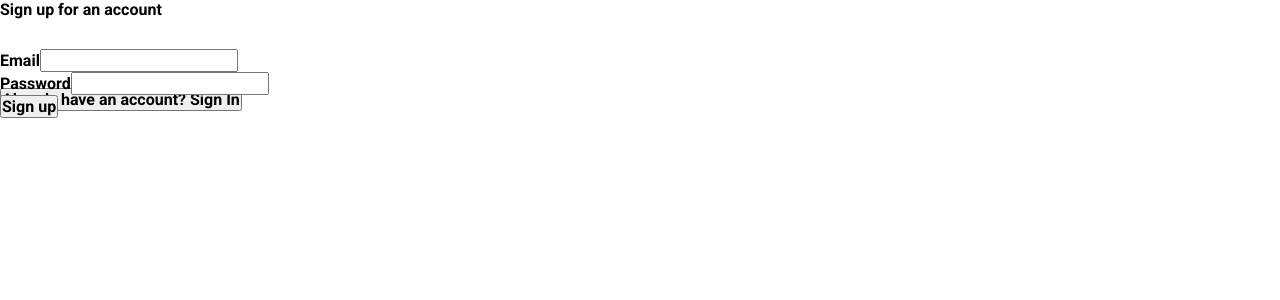
Repository: TimurZinatulin/Web_Shishki_1
Page: /register
These files come from the project's save history. The page is drawn as it stood at one moment and after the next save; the edit follows.
The browser window is 1280 px wide. The pictures show the whole page.
The project was rebuilt for these pictures with package versions that can differ from the ones it lists, and the page was loaded fresh each time. Also part of the build but not shown: vite.config.js, vue.config.js, src/views/MainView.vue, src/views/RegisterView.vue, src/views/HomeView.vue, src/views/EditView.vue, src/views/FavoriteView.vue, src/views/MyProjectsView.vue and 3 more.

Above is the page before, as saved 2023-06-10 17:34:52.
Console error: TypeError: Cannot read properties of null (reading 'user')

### src/main.js
import { createApp } from 'vue'
//import './style.css'
import App from './App.vue'
import router from './router'
import store from './store.js'

createApp(App).use(store).use(router).mount('#app')

### src/App.vue
<template>
  <!-- Проверка доступности пользователя в хранилище; при недоступности - показываем компонент авторизации-->
  <Auth v-if="!store.state.user" />
  <!-- Если пользователь доступен, показываем компонент Hello World -->
  <EmptyLayout v-else msg="Hello Vue 3 + Vite" />
</template>

<script>
import Auth from './components/Auth.vue';
import HelloWorld from './components/HelloWorld.vue';
import HeaderComp from './components/HeaderComp.vue';
import EmptyLayout from './layouts/EmptyLayout.vue';
import MainLayout from './layouts/MainLayout.vue';
import ExtraLayout from './layouts/ExtraLayout.vue';
import RegisterView from './views/RegisterView.vue';

import store from "./store.js";
import { supabase } from "./supabase";

export default {
  computed: {
    layout() {
      return this.$route.meta.layout + '-layout';
    }
  },
  components: {
    HelloWorld, Auth, HeaderComp, EmptyLayout, MainLayout, ExtraLayout, RegisterView
  },
  setup() {
    // сначала проверяем, вошел ли пользователь в систему с помощью Supabase
    store.state.user = supabase.auth.user;
    // затем настраиваем слушатель для обновления хранилища, если меняется пользователь - выходит из системы или входит
    supabase.auth.onAuthStateChange((event, session) => {
      if (event == "SIGNED_OUT") {
        store.state.user = null;
      } else {
        store.state.user = session.user;
      }
    });

    return {
      store,
    };
  },
};
</script>

<style>
@import '@/templates/main_page.css';
</style>

### src/router/index.js
import { createRouter, createWebHistory } from 'vue-router'
import HomeView from '../views/HomeView.vue'
import MainView from '../views/MainView.vue'
import EditView from '../views/EditView.vue'
import FavoriteView from '../views/FavoriteView.vue'
import MyProjectsView from '../views/MyProjectsView.vue'
import LoginView from '../views/LoginView.vue'
import RegisterView from '../views/RegisterView.vue'
import CreateProjectView from '../views/CreateProjectView.vue'
import ProjectView from '../views/ProjectView.vue'


const routes = [
  {
    path: '/',
    name: 'home',
    component: HomeView
  },
  {
    path: '/main',
    name: 'main',
    meta: {layout: 'main'},
    component: MainView
  },
  {
    path: '/edit',
    name: 'edit',
    meta: {layout: 'extra'},
    component: EditView
  },
  {
    path: '/favs',
    name: 'favs',
    meta: {layout: 'extra'},
    component: FavoriteView
  },
  {
    path: '/my_projects',
    name: 'my',
    meta: {layout: 'extra'},
    component: MyProjectsView
  },
  {
    path: '/login',
    name: 'login',
    meta: {layout: 'empty'},
    component: LoginView
  },
  {
    path: '/register',
    name: 'register',
    meta: {layout: 'empty'},
    component: RegisterView
  },
  {
    path: '/create_project',
    name: 'create_project',
    meta: {layout: 'extra'},
    component: CreateProjectView
  },
  {
    path: '/project',
    name: 'project',
    meta: {layout: 'extra'},
    component: ProjectView
  },
  {
    path: '/profile',
    name: 'profile',
    meta: {layout: 'extra'},
    component: () => import('../views/ProfileView.vue')
  }
]

const router = createRouter({
  history: createWebHistory(import.meta.env.BASE_URL),
  routes
})

export default router

### src/store.js
import { reactive } from "vue";

const store = {
    state: reactive({
        user: {},
    }),
};

export default store

### src/templates/main_page.css
* {
  margin: 0 auto;
  padding: 0;
  box-sizing: border-box;
  font-size: 16px;
  font-family: 'Roboto', sans-serif;
  user-select: none;
}

#head-cont{
  max-width: 900px;
  width: 100%;
}

#article{
  width: 1500px;
  position: relative;
}

#header{
  width: 100%;
  height: 80px;
  margin: 0 auto;
  background-color: rgba(151, 71, 255, 1);
  margin-bottom: 15px;
  overflow: hidden;
}

.input{
  width: 500px;
  height: 50px;
  padding: 6px 0 4px 10px;
  border: none;
  background: rgba(206, 168, 255, 1);
  bottom: 20px;
  left: -325px;
  position: relative;
  font-size: 25px;
  padding-left: 25px;
  outline: none;
}

.input::-webkit-input-placeholder {
  color: white;
}

.input::-moz-placeholder {
  color: white;
}

.input1{
  box-sizing: border-box;
  display: flex;
  flex-direction: row;
  align-items: center;
  padding: 11px 10px;
  gap: 10px;
  width: 330px;
  height: 40px;
  border: 2px solid #3D008C;
  flex: none;
  order: 1;
  align-self: stretch;
  flex-grow: 0;
  position: relative;
  top: -20px;
  margin-bottom: 20px;
  outline: none;
}

#logo{
  position: relative;
  top: 5px;
}

#logo2{
  position: relative;
  width: 800px;
  height: 670px;
  left: 385px;
  bottom: 340px;
}

ul {
  list-style: none;
  margin: 0;
  padding-left: 0;
  position: relative;
  left: 710px;
  top: -55px;
}

a {
  text-decoration: none;
  color: white;
}

.link1 {
  display: flex;
  flex-direction: row;
  justify-content: center;
  align-items: center;
  padding: 10px;
  background: #9747FF;
  flex: none;
  order: 0;
  flex-grow: 0;
  left: -275px;
  top: 220px;
  font-family: 'Roboto';
  font-style: normal;
  font-weight: 400;
  font-size: 16px;
}

.link1:hover{
  animation: ch-color-2 0.5s forwards;
}

.link {
  background: none;
  border: 2px solid white;
  color: white;
  padding: 15px 25px;
  animation: ch-color-1 0.5s forwards;
}

.link:hover{
  animation: ch-color-2 0.5s forwards;
}

@keyframes ch-color-1 {
  from {
    background-color: white;
    color: rgba(151, 71, 255, 1);
  }
  to {
    background-color: rgba(151, 71, 255, 1);
    color: white;
  }
}

@keyframes ch-color-2 {
  from {
    background-color: rgba(151, 71, 255, 1);
    color: white;
  }
  to {
    background-color: white;
    color: rgba(151, 71, 255, 1);
  }
}

li {
  display: inline;
  margin-right: 60px;
}

#h1 {
  font-size: 90px;
  position: relative;
  top: 100px;
  left: -450px;
  color: rgba(61, 0, 140, 1);
  width: 500px;
}

p{
  position: relative;
  color: rgba(61, 0, 140, 1);
  left: -445px;
  top: 100px;
  font-size: 32px;
  font-family: 'Roboto';
  font-style: normal;
  font-weight: 500;
  line-height: 38px;
  width: 500px;
}

.btn{
  position: relative;
  bottom: 500px;
  left: 55px;
  background: linear-gradient(rgba(255, 104, 86, 1), rgba(151, 71, 255, 1));
  color: white;
  font-size: 32px;
  font-style: normal;
  font-weight: 700;
  border: 3px solid linear-gradient(rgba(255, 104, 86, 1), rgba(151, 71, 255, 1));
  width: 315px;
  height: 90px;
  padding: 26px 37px;
}

#h2{
  position: absolute;
  top: 740px;
  left: 510px;
  color: rgba(61, 0, 140, 1);
  font-size: 48px;
}

#projects{
  display: flex;
  flex-direction: column;
  justify-content: center;
  align-items: center;
  align-self: center;
  padding: 30px 90px;
  gap: 30px;
  position: relative;
  width: 1529px;
  height: 800px;
  background: linear-gradient(180deg, #3D008C 0%, #14002F 100%);
  flex: none;
  order: 3;
  flex-grow: 0;
  margin-top: -200px;
}

#content{
  display: flex;
  flex-direction: row;
  justify-content: center;
  align-items: center;
  padding: 30px 90px;
  gap: 90px;
  width: 1420px;
  height: 240px;
  flex: none;
  order: 0;
  flex-grow: 0;
}

.block{
  display: flex;
  flex-direction: column;
  align-items: center;
  padding: 10px;
  gap: 10px;
  position: absolute;
  width: 359px;
  height: 470px;
  background: linear-gradient(148.66deg, #FF6856 0%, #6F00FF 100%);
  border-radius: 30px;
  top: 70px;
}

.pic{
  position: relative;
  top: 20px;
  width: 340px;
  height: 310px;
  border-radius: 20px;
}

h3{
  color: white;
  font-size: 32px;
  position: relative;
  top: 10px;
}

.text{
  color: white;
  position: relative;
  top: 20px;
  text-align: center;
}

.like{
  display: flex;
  flex-direction: row;
  justify-content: center;
  align-items: center;
  padding: 10px 15px;
  gap: 10px;
  position: absolute;
  width: 117px;
  height: 38px;
  left: 20.5px;
  top: 100px;
  background: #FF6856;
  border-radius: 30px;
  color: white;
  overflow-y: hidden;
}

.pic2{
  width: 22px;
  height: 22px;
  transform: matrix(-1, 0, 0, 1, 0, 0);
  flex: none;
  order: 0;
  flex-grow: 0;
}

textarea{
  box-sizing: border-box;
  display: flex;
  width: 330px;
  height: 100px;
  gap: 10px;
  border: 2px solid #3D008C;
  flex: none;
  order: 1;
  flex-grow: 0;
  position: relative;
  top: 100px;
  resize: none;
}

#photo{
  width: 100px;
  height: 100px;
  border: 3px solid #3D008C;
  flex: none;
  order: 0;
  flex-grow: 0;
  border-radius: 100%;
  position: relative;
}

#photo1{
  width: 340px;
  height: 340px;
  border: 3px solid #9747FF;
  border-radius: 30px;
  flex: none;
  order: 0;
  flex-grow: 0;
}

#chphoto{
  display: flex;
  flex-direction: row;
  justify-content: center;
  align-items: center;
  padding: 10px 0px;
  gap: 26px;
  width: 331px;
  height: 120px;
  flex: none;
  order: 1;
  flex-grow: 0;
  position: relative;
  top: -535px;
}

#p{
  font-family: 'Roboto';
  font-style: normal;
  font-weight: 600;
  font-size: 14px;
  line-height: 16px;
  display: flex;
  align-items: center;
  color: #FFFFFF;
  position: relative;
  top: -50px;
  left: 135px;
}

#p1{
  font-family: 'Roboto';
  font-style: normal;
  font-weight: 600;
  font-size: 14px;
  line-height: 16px;
  display: flex;
  align-items: center;
  color: #FFFFFF;
  position: relative;
  top: -100px;
  left: 135px;
}

#p2{
  font-family: 'Roboto';
  font-style: normal;
  font-weight: 600;
  font-size: 16px;
  line-height: 19px;
  text-align: center;
  color: #FFFFFF;
  position: relative;
  top: 200px;
}

.btn2{
  padding: 20px 10px;
}

.btn2:hover{
  animation: ch-color-2 0.5s forwards;
}

### src/components/Auth.vue
<template>
    <div>
        <sign-up v-if="isSignUp" />
        <sign-in v-else />
        <button @click="isSignUp = !isSignUp">
            {{
                isSignUp
                ? "Already have an account? Sign In"
                : "Don't have an account yet? Sign Up"
            }}
        </button>
    </div>
</template>

<script>
import { ref } from "vue";
import SignUp from "./SignUp.vue";
import SignIn from "./SignIn.vue";

export default {
    components: { SignUp, SignIn },
    setup() {
        const isSignUp = ref(true);
        return {
            isSignUp,
        };
    },
};
</script>

<style scoped>
</style>

### src/components/HeaderComp.vue
<template>
    <div id="header" class="wrapper">
        <div id="head-cont">
            <li><router-link to="/main" style="position: relative; left: -280px;" href="http://localhost:5173/main"><img id="logo" src="../assets/ShishkiD.png" style="width: 70px; height: 70px;"></router-link></li>
            <input class="input" type="text" placeholder="Найти...">
            <ul style="left: 400px;">
                <li><router-link to="/favs" class="btn2">Избранное</router-link></li>
                <li><router-link to="/my_projects" class="btn2">Мои проекты</router-link></li>
                <li><router-link to="/edit" class="btn2">Редактировать профиль</router-link></li>
                <li><router-link to="/create_project" class="btn2">Новый проект</router-link></li>
            </ul>
        </div>
    </div>
</template>

<script>

</script>

<style>
@import url('https://fonts.googleapis.com/css2?family=Roboto:wght@700&display=swap');
</style>

### src/layouts/EmptyLayout.vue
<template>
    <!-- <div id="header" class="wrapper">
        <div id="head-cont">
            <a style="position: relative; left: -280px;" href="http://localhost:8080/main"><img id="logo" src="../assets/ShishkiD.png" style="width: 70px; height: 70px;"></a>
            <input class="input" type="text" placeholder="Найти...">
            <ul>
                <li><router-link to="/favs" class="btn2">Избранное</router-link></li>
                <li><router-link to="/create_project" class="btn2">Новый проект</router-link></li>
                <li><router-link to="/login" class="link">Войти</router-link></li>
            </ul>
        </div>
    </div> -->
    <HeaderComp />
</template>

<script>
import HeaderComp from '@/components/HeaderComp.vue'

export default {
    components: {
        HeaderComp
    }
}
</script>

<style>
@import '@/templates/login.css';
@import '@/templates/main_page.css';
@import '@/templates/reg.css';
</style>

### src/layouts/MainLayout.vue
<template>
    <div id="app1">
        <HeaderComp />
        <div id="article">
            <h1 id="h1">Digital<br>
            portfolio</h1><br>
            <p>Уникальный сервис для<br>размещения своих проектов и<br>наработок</p><br>
            <a href="http://localhost:8080/create_project" class="btn">Создать проект</a>
            <button @click="signOut">Sign Out</button>
            <img id="logo2" src="../assets/chelik.png">
            <h2 id="h2">Популярные проекты</h2>
        </div>
        <div id="projects" style="left: -10px;">
        </div>
    </div>
</template>

<script>
import HeaderComp from '@/components/HeaderComp.vue'
import MainView from '@/views/MainView.vue'


export default {
    components: {
        HeaderComp, MainView
    }
}
</script>

<style>
@import '@/templates/login.css';
@import '@/templates/main_page.css';
@import '@/templates/reg.css';
</style>

### src/layouts/ExtraLayout.vue
<template>
    <HeaderComp />
</template>

<script>
import HeaderComp from '@/components/HeaderComp.vue'

export default {
    components: {
        HeaderComp,
    }
}
</script>

<style>
@import '@/templates/login.css';
@import '@/templates/main_page.css';
@import '@/templates/reg.css';
</style>

### src/components/SignUp.vue
<template>
    <div>
        <h2>Sign up for an account</h2>
        <form @submit.prevent="handleSignup">
            <div>
                <label for="email">Email</label>
                <input id="email" type="email" v-model="email" />
            </div>
            <div>
                <label for="password">Password</label>
                <input id="password" type="password" v-model="password" />
            </div>
            <div>
                <button type="submit">Sign up</button>
            </div>
        </form>
    </div>
</template>

<script>
import { ref } from "vue";
import { supabase } from "../supabase";

export default {
    setup() {
        const email = ref("");
        const password = ref("");

        const handleSignup = async () => {
            try {
                // Задействуем предоставленный Supabase метод для обработки регистрации
                const { error } = await supabase.auth.signUp({
                    email: email.value,
                    password: password.value,
                });
                if (error) throw error;
            } catch (error) {
                alert(error.error_description || error.message);
            }
        };

        return {
            email,
            password,
            handleSignup,
        };
    },
};
</script>

### src/templates/login.css
#log_card{
    box-sizing: border-box;
    display: flex;
    flex-direction: column;
    justify-content: space-between;
    align-items: center;
    padding: 50px 10px;
    gap: 50px;
    width: 400px;
    height: 500px;
    border: 2px solid #9747FF;
    flex: none;
    order: 1;
    flex-grow: 0;
    position: relative;
    top: 60px;
}

#log_name{
    width: 315px;
    height: 49px;
    font-family: 'Roboto';
    font-style: normal;
    font-weight: 600;
    font-size: 36px;
    line-height: 42px;
    text-align: center;
    color: #3D008C;
    flex: none;
    order: 0;
    flex-grow: 0;
}

#log_btn{
    display: flex;
    flex-direction: row;
    justify-content: center;
    align-items: center;
    padding: 10px;
    width: 88px;
    height: 58px;
    background: #9747FF;
    flex: none;
    order: 0;
    flex-grow: 0;
    border: none;
    color: white;
    position: relative;
    bottom: 50px;
    border: 2px solid #9747FF;
    animation: ch-color-1 0.5s forwards;
    font-size: 24px;
}

#log_btn:hover{
    animation: ch-color-2 0.5s forwards;
}

@keyframes ch-color-1 {
    from {
      background-color: white;
      color: #9747FF;
    }
    to {
      background-color: #9747FF;
      color: white;
    }
  }

  @keyframes ch-color-2 {
    from {
      background-color: #9747FF;
      color: white;
    }
    to {
      background-color: white;
      color: #9747FF;
    }
  }

#reg_btn{
    width: 136px;
    height: 16px;
    font-family: 'Roboto';
    font-style: normal;
    font-weight: 400;
    font-size: 14px;
    line-height: 16px;
    display: flex;
    align-items: center;
    text-align: center;
    color: #9747FF;
    flex: none;
    order: 0;
    flex-grow: 0;
    position: relative;
    left: 10px;
    top: -40px;
}

.p{
    width: 40px;
    height: 16px;
    font-family: 'Roboto';
    font-style: normal;
    font-weight: 600;
    font-size: 14px;
    line-height: 16px;
    display: flex;
    align-items: center;
    color: #3D008C;
    flex: none;
    order: 0;
    flex-grow: 0;
    position: relative;
    top: -70px;
    left: -145px;
    margin-bottom: 5px;
}

### src/templates/reg.css
form{
    position: relative;
    top: 30px;
}

### src/components/HelloWorld.vue
<script setup>
import { ref } from "vue";
import { supabase } from "../supabase";

defineProps({
  msg: String,
});

const count = ref(0);
async function signOut() {
  const { error } = await supabase.auth.signOut();
}
</script>

<template>
  <h1>{{ msg }}</h1>

  <div class="card">
    <button type="button" @click="count++">count is {{ count }}</button>
    <p>
      Edit
      <code>components/HelloWorld.vue</code> to test HMR
    </p>
  </div>

  <p>
    Check out
    <a href="https://vuejs.org/guide/quick-start.html#local" target="_blank"
      >create-vue</a
    >, the official Vue + Vite starter
  </p>
  <p>
    Install
    <a href="https://github.com/vuejs/language-tools" target="_blank">Volar</a>
    in your IDE for a better DX
  </p>
  <p class="read-the-docs">Click on the Vite and Vue logos to learn more</p>
  <button @click="signOut">Sign Out</button>

</template>

<style scoped>
.read-the-docs {
  color: #888;
}
</style>

### src/components/SignIn.vue
<template>
    <div>
        <h2>Sign in to your account</h2>
        <form @submit.prevent="handleSignin">
            <div>
                <label for="email">Email</label>
                <input id="email" type="email" v-model="email" />
            </div>
            <div>
                <label for="password">Password</label>
                <input id="password" type="password" v-model="password" />
            </div>
            <div>
                <button type="submit">Sign in</button>
            </div>
        </form>
    </div>
</template>

<script>
import { ref } from "vue";
import { supabase } from "../supabase";

export default {
    setup() {
        const email = ref("");
        const password = ref("");

        const handleSignin = async () => {
            try {
                // Задействуем предоставленный Supabase метод для обработки входа
                const { error } = await supabase.auth.signInWithPassword({
                    email: email.value,
                    password: password.value,
                });
                if (error) throw error;
            } catch (error) {
                alert(error.error_description || error.message);
            }
        };

        return {
            email,
            password,
            handleSignin,
        };
    },
};
</script>

Loaded but not shown: index.html (common file); src/supabase.js (common file)

After the next save:
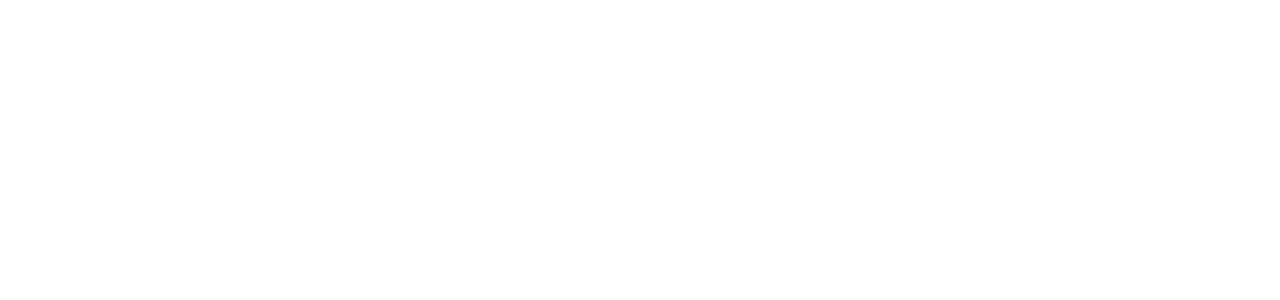
Console error: ReferenceError: MainView is not defined
Saved 13 s later.
--- a/src/layouts/EmptyLayout.vue
+++ b/src/layouts/EmptyLayout.vue
@@ -11,6 +11,7 @@
         </div>
     </div> -->
     <HeaderComp />
+    <RouterView />
 </template>
 
 <script>
@@ -18,7 +19,7 @@
 
 export default {
     components: {
-        HeaderComp
+        HeaderComp, MainView
     }
 }
 </script>

After the save that followed:
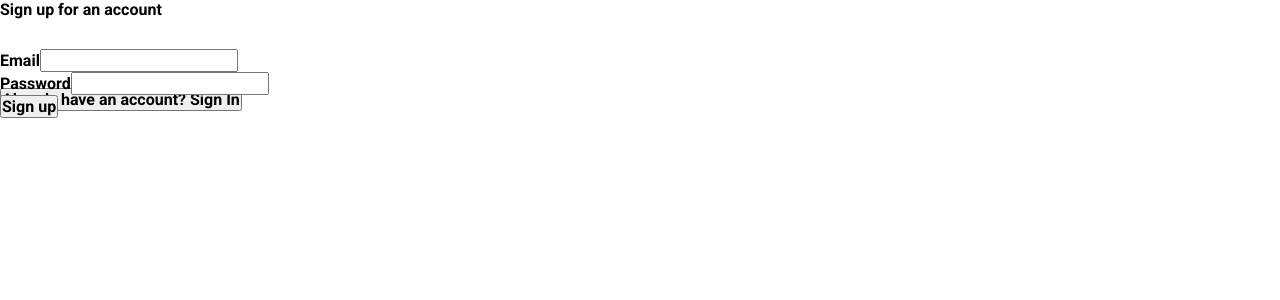
Console error: TypeError: Cannot read properties of null (reading 'user')
Saved 9 s later.
--- a/src/layouts/EmptyLayout.vue
+++ b/src/layouts/EmptyLayout.vue
@@ -19,7 +19,7 @@
 
 export default {
     components: {
-        HeaderComp, MainView
+        HeaderComp
     }
 }
 </script>
